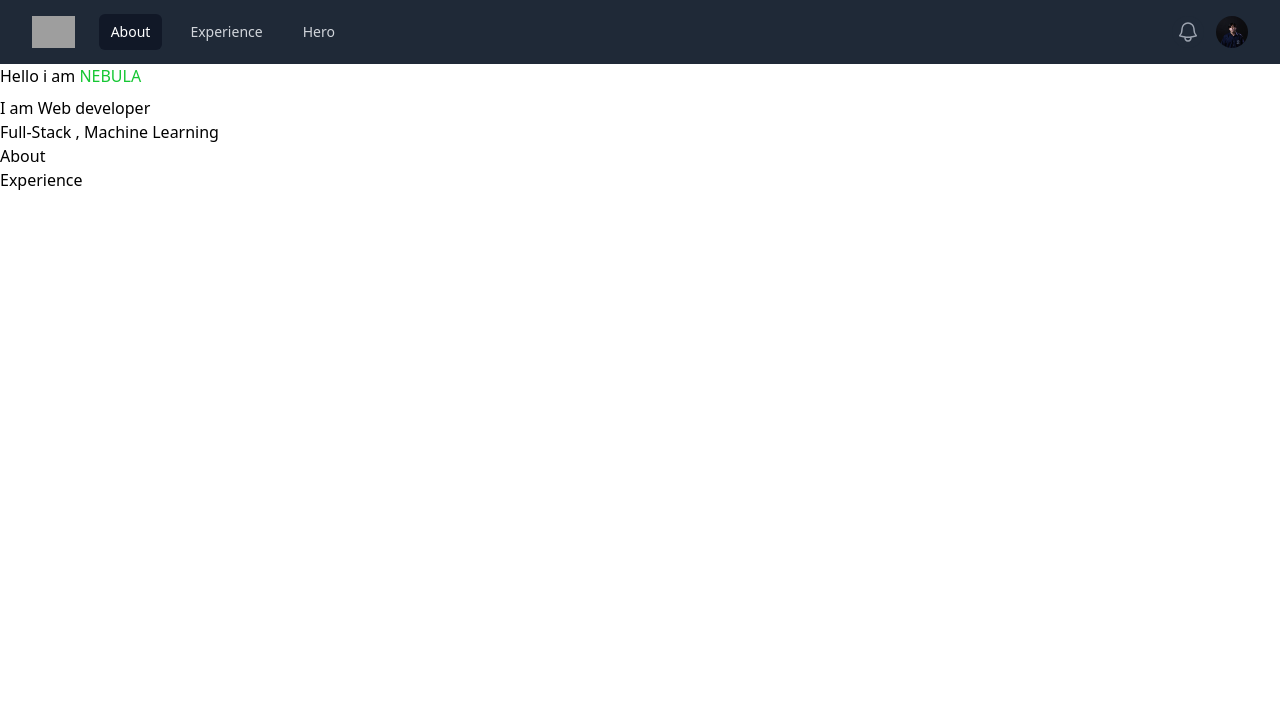
Repository: supakorn5039-boon/React-f
Page: /
These files come from the project's save history. The page is drawn as it stood at one moment and after a run of saves; the edit follows.
The browser window is 1280 px wide. The pictures show the whole page.
Pictures or frames that could not be fetched are drawn as grey boxes. The project was rebuilt for these pictures with package versions that can differ from the ones it lists, and the page was loaded fresh each time. Also part of the build but not shown: vite.config.js.

Above is the page before, as saved 2024-01-09 10:54:32.

After the next 2 saves:
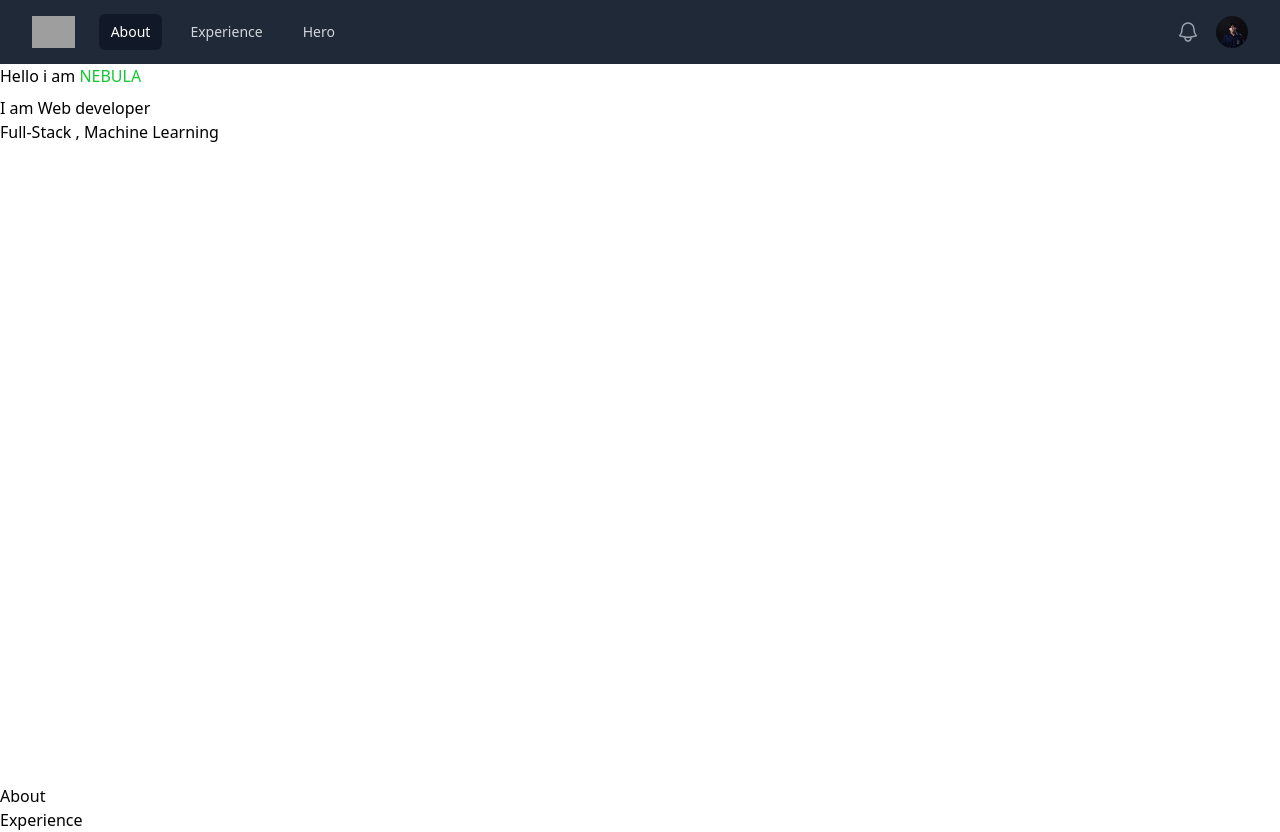
The 2 saves are shown as one change because they came seconds apart.
The last was saved 10 s later.
--- a/src/components/Hero.jsx
+++ b/src/components/Hero.jsx
@@ -1,6 +1,6 @@
 export default function Hero() {
   return (
-    <section className="relative ">
+    <section className="relative w-full h-screen mx-auto bg-lufy">
       <div>
         <div>
           <h1 className="heroHeadText">
